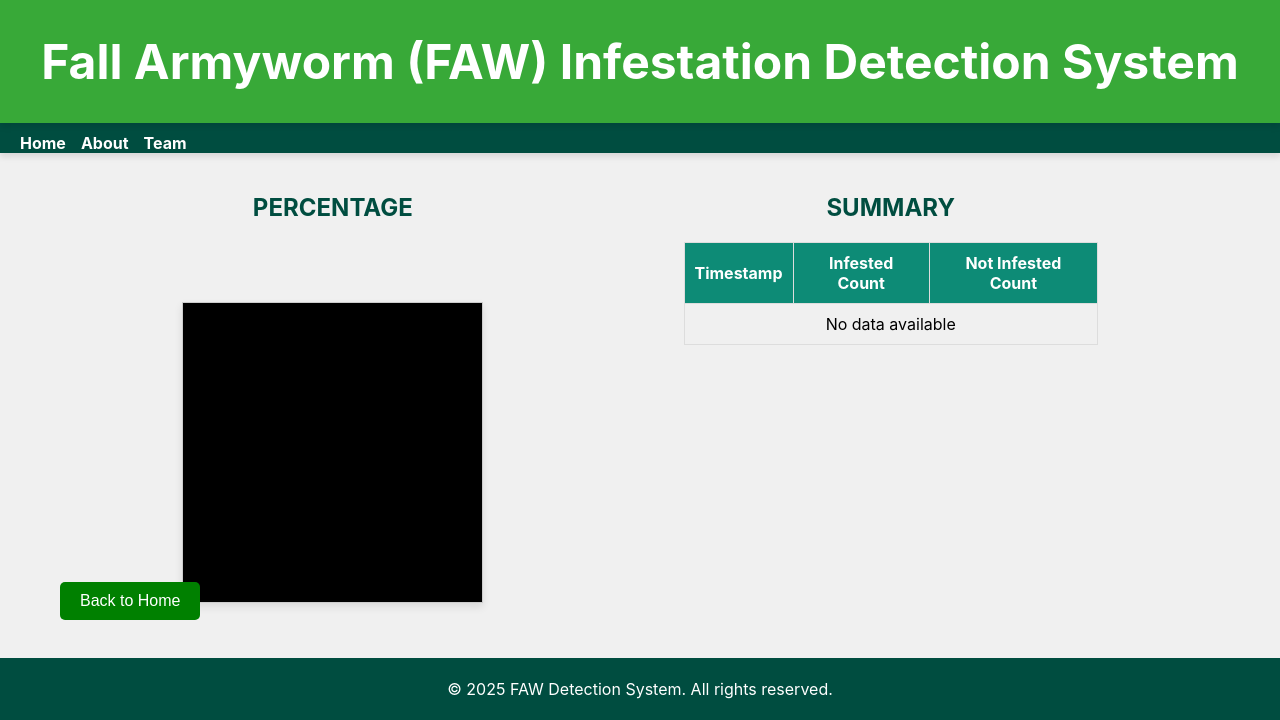
Repository: jansen223/faw-detection-main
Page: /summary
The author's editor kept a copy of each file at every save. The page is drawn from the files as they stood at one save, then again after the next save.
The browser window is 1280 px wide. The pictures show the whole page.
The page's requests for data from a server got no answer. The project was rebuilt for these pictures with package versions that can differ from the ones it lists, and the page was loaded fresh each time. No one was signed in, and anything a server would have sent is missing. Also part of the build but not shown: src/pages/Home.js, src/pages/About.css, src/pages/About.js, src/pages/Team.css, src/pages/Team.js.

Above is the page before, as saved 2025-04-10 18:28:46.

### public/index.html
<!DOCTYPE html>
<html lang="en">
<head>
  <meta charset="utf-8" />
  <link rel="icon" href="%PUBLIC_URL%/maize_icon.jpg" />
  <meta name="viewport" content="width=device-width, initial-scale=1" />
  <meta name="theme-color" content="#000000" />
  <meta name="description" content="FAW Detection Web Interface" />
  <title>FAW Detection</title>
</head>
<body>
  <noscript>You need to enable JavaScript to run this app.</noscript>
  <div id="root"></div>
</body>
</html>

### src/App.js
import React, { useEffect, useRef } from 'react';
import { BrowserRouter as Router, Routes, Route, Link } from 'react-router-dom';
import { io } from 'socket.io-client';
import Home from './pages/Home';
import About from './pages/About';
import Team from './pages/Team';
import Summary from './pages/Summary';
import './App.css';

function App() {
  const canvasRef = useRef(null);
  const socketRef = useRef(null);
  const [counts, setCounts] = React.useState({ infested: 0, notInfested: 0 });

  useEffect(() => {
    socketRef.current = io('http://192.168.254.108:5000');

    let lastRenderTime = 0;
    socketRef.current.on('video_frame', (data) => {
      const now = Date.now();
      if (now - lastRenderTime < 100) return; // Skip frames if less than 100ms
      lastRenderTime = now;

      const img = new Image();
      img.src = `data:[embedded picture, 38 characters]

      img.onload = () => {
        const canvas = canvasRef.current;
        if (!canvas) return;
        const ctx = canvas.getContext('2d');
        canvas.width = img.width;
        canvas.height = img.height;
        ctx.drawImage(img, 0, 0);
      };
    });

    socketRef.current.on('detection_counts', (data) => {
      setCounts({
        infested: data.infested_count,
        notInfested: data.not_infested_count
      });
    });

    return () => {
      if (socketRef.current) socketRef.current.disconnect();
    };
  }, []);

  const resetCounts = async () => {
    try {
      const response = await fetch('http://192.168.254.108:5000/reset_counts', {
        method: 'POST',
      });
      const data = await response.json();
      if (data.message) {
        setCounts({ infested: 0, notInfested: 0 });
        alert(data.message);
      }
    } catch (error) {
      console.error('Error resetting counts:', error);
    }
  };

  return (
    <Router>
      <div className="App">
        <header className="App-header">
          <h1>Fall Armyworm (FAW) Infestation Detection System</h1>
        </header>
        <nav className="App-navbar">
          <ul>
            <li><Link to="/">Home</Link></li>
            <li><Link to="/about">About</Link></li>
            <li><Link to="/team">Team</Link></li>
          </ul>
        </nav>
        <Routes>
          <Route path="/" element={<Home canvasRef={canvasRef} counts={counts} resetCounts={resetCounts} />} />
          <Route path="/about" element={<About />} />
          <Route path="/team" element={<Team />} />
          <Route path="/summary" element={<Summary />} />
        </Routes>
        <footer className="App-footer">
          <p>&copy; 2025 FAW Detection System. All rights reserved.</p>
        </footer>
      </div>
    </Router>
  );
}

export default App;

### src/pages/Summary.js
import React, { useEffect, useState } from 'react';
import { Pie } from 'react-chartjs-2';
import { Chart as ChartJS, ArcElement, Tooltip } from 'chart.js';
import { useNavigate } from 'react-router-dom';
import './Summary.css';

// Register Chart.js components
ChartJS.register(ArcElement, Tooltip);

function SummaryAndPercentages() {
  const [summaries, setSummaries] = useState([]);
  const [percentages, setPercentages] = useState({ infested: 0, notInfested: 0 }); // Add state for percentages
  const navigate = useNavigate();

  useEffect(() => {
    // Fetch summaries from the backend
    fetch('http://192.168.254.108:5000/get_summaries')
      .then((response) => response.json())
      .then((data) => setSummaries(data))
      .catch((error) => console.error('Error fetching summaries:', error));

    // Fetch percentages from the backend
    fetch('http://192.168.254.108:5000/reset_counts', { method: 'POST' })
      .then((response) => response.json())
      .then((data) => {
        setPercentages({
          infested: data.infested_percentage,
          notInfested: data.not_infested_percentage,
        });
      })
      .catch((error) => console.error('Error fetching percentages:', error));
  }, []);

  // Data for the pie chart
  const data = {
    labels: ['Infested', 'Not Infested'],
    datasets: [
      {
        data: [percentages.infested, percentages.notInfested], // Use percentages from state
        backgroundColor: ['#ffcccb', '#c8e6c9'],
        borderColor: ['#b71c1c', '#1b5e20'],
        borderWidth: 1,
      },
    ],
  };

  const options = {
    plugins: {
      legend: {
        display: false, // Disable the legend
      },
      tooltip: {
        callbacks: {
          label: (tooltipItem) => `${tooltipItem.label}: ${tooltipItem.raw}%`,
        },
      },
    },
  };

  return (
    <div className="summary-and-percentages-container">
      <div className="chart-section">
        <h2>PERCENTAGE</h2>
        <Pie data={data} options={options} />
      </div>
      <div className="summary-section">
        <h2>SUMMARY</h2>
        <table className="summary-table">
          <thead>
            <tr>
              <th>Timestamp</th>
              <th>Infested Count</th>
              <th>Not Infested Count</th>
            </tr>
          </thead>
          <tbody>
            {summaries.length > 0 ? (
              summaries.map((summary) => (
                <tr key={summary.id}>
                  <td>{summary.timestamp}</td>
                  <td>{summary.infested_count}</td>
                  <td>{summary.not_infested_count}</td>
                </tr>
              ))
            ) : (
              <tr>
                <td colSpan="3">No data available</td>
              </tr>
            )}
          </tbody>
        </table>
      </div>
      <button onClick={() => navigate('/')} className="back-button">
        Back to Home
      </button>
    </div>
  );
}

export default SummaryAndPercentages;

### src/App.css
html {
  margin: 0;
  padding: 0;
}

body {
  margin: 0;
  padding: 0;
}

.App {
  text-align: center;
  background-color: #f0f0f0;
  min-height: 100vh;
  display: flex;
  flex-direction: column;
  align-items: center;
}

.App-header {
  background-color: rgba(9, 151, 9, 0.795);
  color: white;
  text-align: center;
  font-size: 1.5rem;
  font-weight: bold;
  box-shadow: 0 4px 6px rgba(0, 0, 0, 0.1);
  top: 0;
  z-index: 1000;
  width: 100%;
  margin: 0;
  box-sizing: border-box;
}

.App-navbar {
  background-color: #004d40;
  color: white;
  padding-top: 10px;
  display: flex;
  justify-content: space-between;
  align-items: center;
  box-shadow: 0 4px 6px rgba(0, 0, 0, 0.1);
  width: 100%;
}

.App-navbar ul {
  list-style: none;
  display: flex;
  gap: 15px;
  margin: 0;
  padding: 0;
  padding-left: 20px;
}

.App-navbar a {
  color: white;
  text-decoration: none;
  font-weight: bold;
}

.App-navbar a:hover {
  text-decoration: underline;
}

.App-footer {
  background-color: #004d40;
  color: white;
  padding: 5px 20px;
  text-align: center;
  position: fixed;
  bottom: 0;
  width: 100%;
}

### src/pages/Home.css
.layout-container {
  display: flex;
  justify-content: center;
  align-items: flex-start;
  gap: 100px;
  width: 100%;
  padding: 20px;
  box-sizing: border-box;
}

.detection-section {
  flex: 1;
  max-width: 600px;
  text-align: center;
  margin-top: 150px;
  margin-left: 60px;
  margin-right: 20px;
}

.detection-section h3 {
  font-size: 1.5rem;
  font-weight: bold;
  color: #004d40;
}

.detection-cards {
  display: flex;
  gap: 20px;
  margin-top: 10px;
}

.detection-cards .card {
  padding: 15px;
  border-radius: 8px;
  box-shadow: 0 4px 6px rgba(0, 0, 0, 0.1);
  text-align: center;
  flex: 1;
  transition: transform 0.3s ease;
}

.detection-cards .card:hover {
  transform: scale(1.05);
}

.detection-cards .card.infested {
  background-color: #ffcccb;
  color: #b71c1c;
}

.detection-cards .card.not-infested {
  background-color: #c8e6c9;
  color: #1b5e20;
}

.detection-cards .card h4 {
  font-size: 1.2rem;
}

.detection-cards .card p {
  font-size: 1.25rem;
  font-weight: bold;
}

.camera-section {
  flex: 2;
  display: flex;
  justify-content: center;
  max-width: 600px;
}

canvas {
  box-shadow: 0 4px 8px rgba(0, 0, 0, 0.1);
  background: black;
  margin-top: 80px;
  max-width: 100%;
  border: 1px solid #ccc;
}

.reset-button {
  margin-top: 60px;
  padding: 10px 20px;
  background-color: green;
  color: whitesmoke;
  border: none;
  border-radius: 5px;
  cursor: pointer;
  font-size: 1rem;
  transition: background-color 0.3s ease;
}

.reset-button:hover {
  background-color: darkgreen;
}

.view-summary-button {
  margin-top: 20px;
  margin-left: 10px;
  padding: 10px 20px;
  background-color: green;
  color: white;
  border: none;
  border-radius: 5px;
  cursor: pointer;
  font-size: 1rem;
  transition: background-color 0.3s ease;
}

.view-summary-button:hover {
  background-color: darkgreen;
}

### src/pages/Summary.css
.summary-and-percentages-container {
  display: flex;
  flex-direction: row; /* Arrange items horizontally */
  justify-content: space-between; /* Add space between the chart and summary */
  align-items: flex-start; /* Align items at the top */
  padding: 20px;
  gap: 200px; /* Add spacing between the chart and summary */
}

.chart-section {
  width: 40%; /* Adjust width for the pie chart */
  text-align: center;
}

.chart-section h2 {
  font-size: 1.5rem;
  margin-bottom: 20px;
  color: #004d40; /* Change the color of the header in the chart section */
}

.summary-section {
  width: 55%; /* Adjust width for the summary table */
}

.summary-section h2 {
  font-size: 1.5rem;
  margin-bottom: 20px;
  color: #004d40; /* Change the color of the header in the summary section */
}

.summary-table {
  width: 100%;
  border-collapse: collapse;
}

.summary-table th, .summary-table td {
  border: 1px solid #ddd;
  padding: 10px;
  text-align: center;
}

.summary-table th {
  background-color: #0d8b76;
  color: white;
}

.summary-table tr:nth-child(even) {
  background-color: #f2f2f2;
}

.summary-table tr:hover {
  background-color: #ddd;
}

.back-button {
  position: absolute; /* Position the button absolutely */
  bottom: 100px; /* Distance from the bottom of the page */
  left: 60px; /* Distance from the left of the page */
  padding: 10px 20px;
  background-color: green;
  color: white;
  border: none;
  border-radius: 5px;
  cursor: pointer;
  font-size: 1rem;
  transition: background-color 0.3s ease;
}

.back-button:hover {
  background-color: darkgreen;
}

Loaded but not shown: src/index.js (common file); src/index.css (common file); src/reportWebVitals.js (common file)

After the next save:
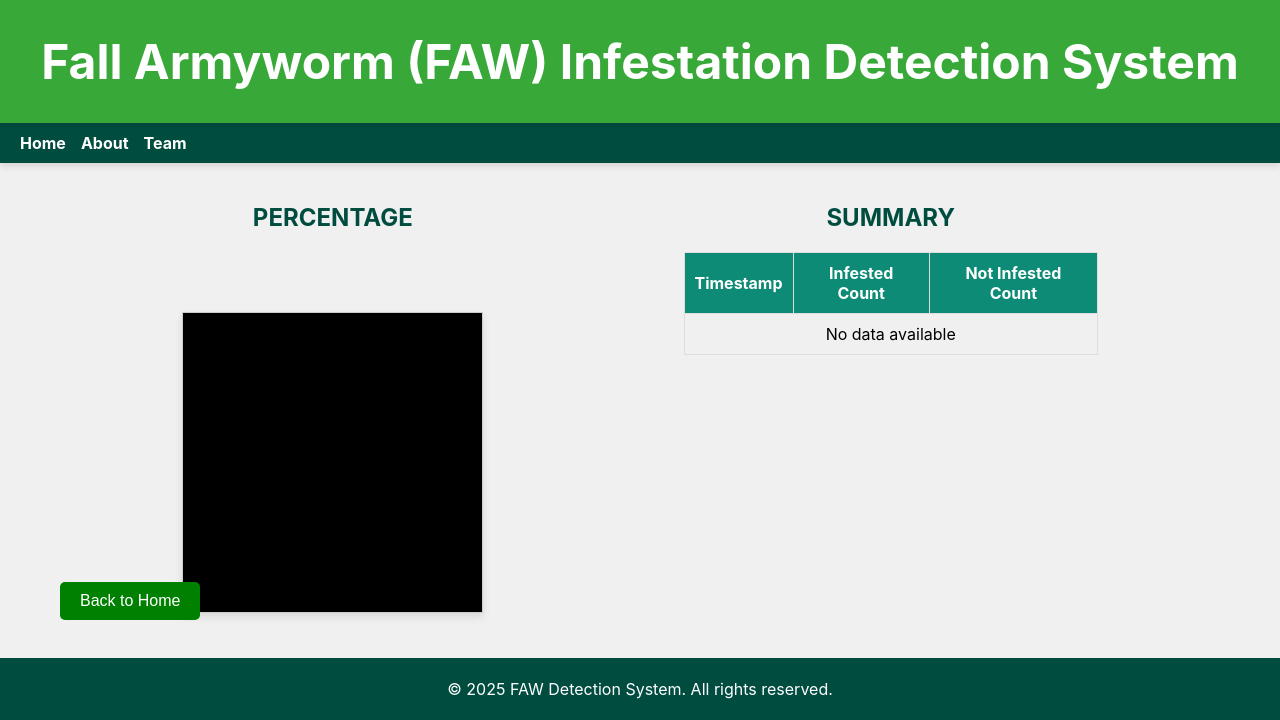
Saved 27 s later.
--- a/src/App.css
+++ b/src/App.css
@@ -34,7 +34,7 @@ body {
 .App-navbar {
   background-color: #004d40;
   color: white;
-  padding-top: 10px;
+  padding: 10px 0 10px 0;
   display: flex;
   justify-content: space-between;
   align-items: center;
